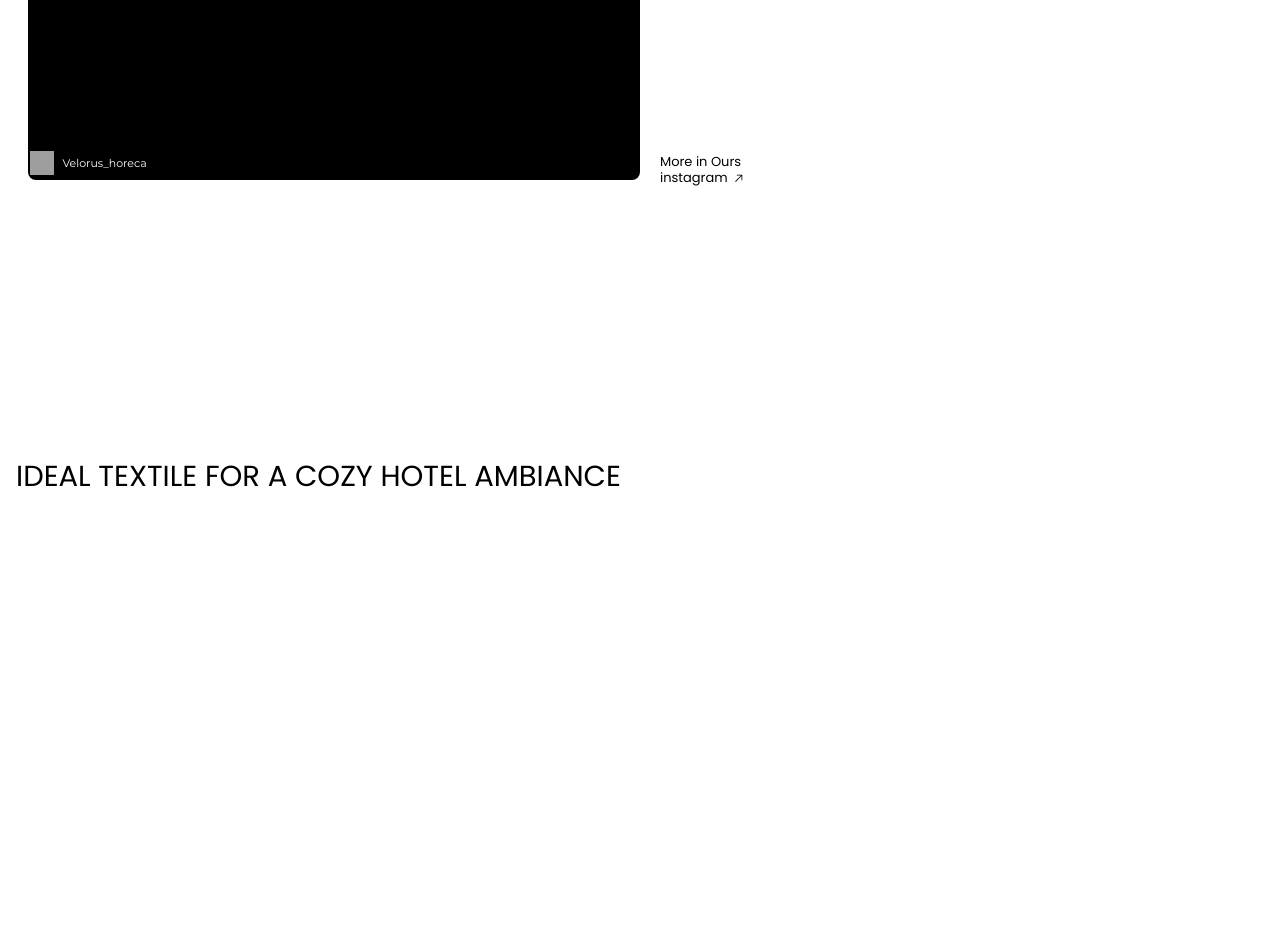
Repository: nikhilsinghrathore1/Shery_02
Page: /
The author's editor kept a copy of each file at every save. The page is drawn from the files as they stood at one save, then again after the next save.
The browser window is 1280 px wide. The pictures show the part of the page from y = 3289 to 4241 px (the page is 5544 px tall).
Pictures or frames that could not be fetched are drawn as grey boxes. The project was rebuilt for these pictures with package versions that can differ from the ones it lists, and the page was loaded fresh each time. Also part of the build but not shown: vite.config.js.

Above is the page before, as saved 2024-07-18 03:05:29.

After the next save:
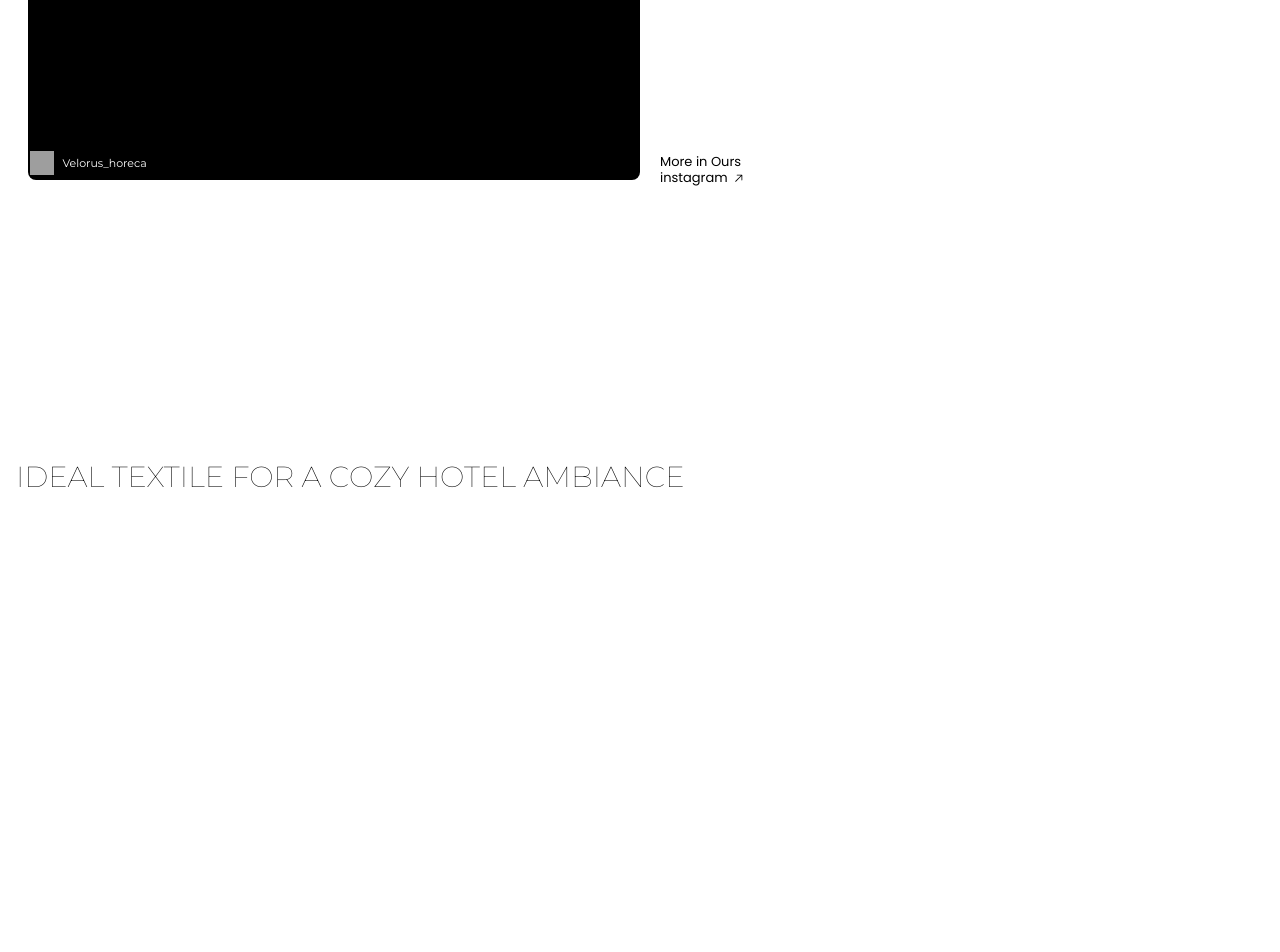
Saved 4 s later.
--- a/src/pages/Landing.jsx
+++ b/src/pages/Landing.jsx
@@ -55,7 +55,7 @@ const Landing = () => {
                </div>
 
                <div className='w-full h-[250vh] px-4'>
-                              <div className='w-full uppercase text-[29px] f5 font-extralight '>
+                              <div className='w-full uppercase text-[29px] f4 font-extralight '>
                                              <p>ideal textile for a cozy hotel ambiance</p>
                               </div>
                </div>
